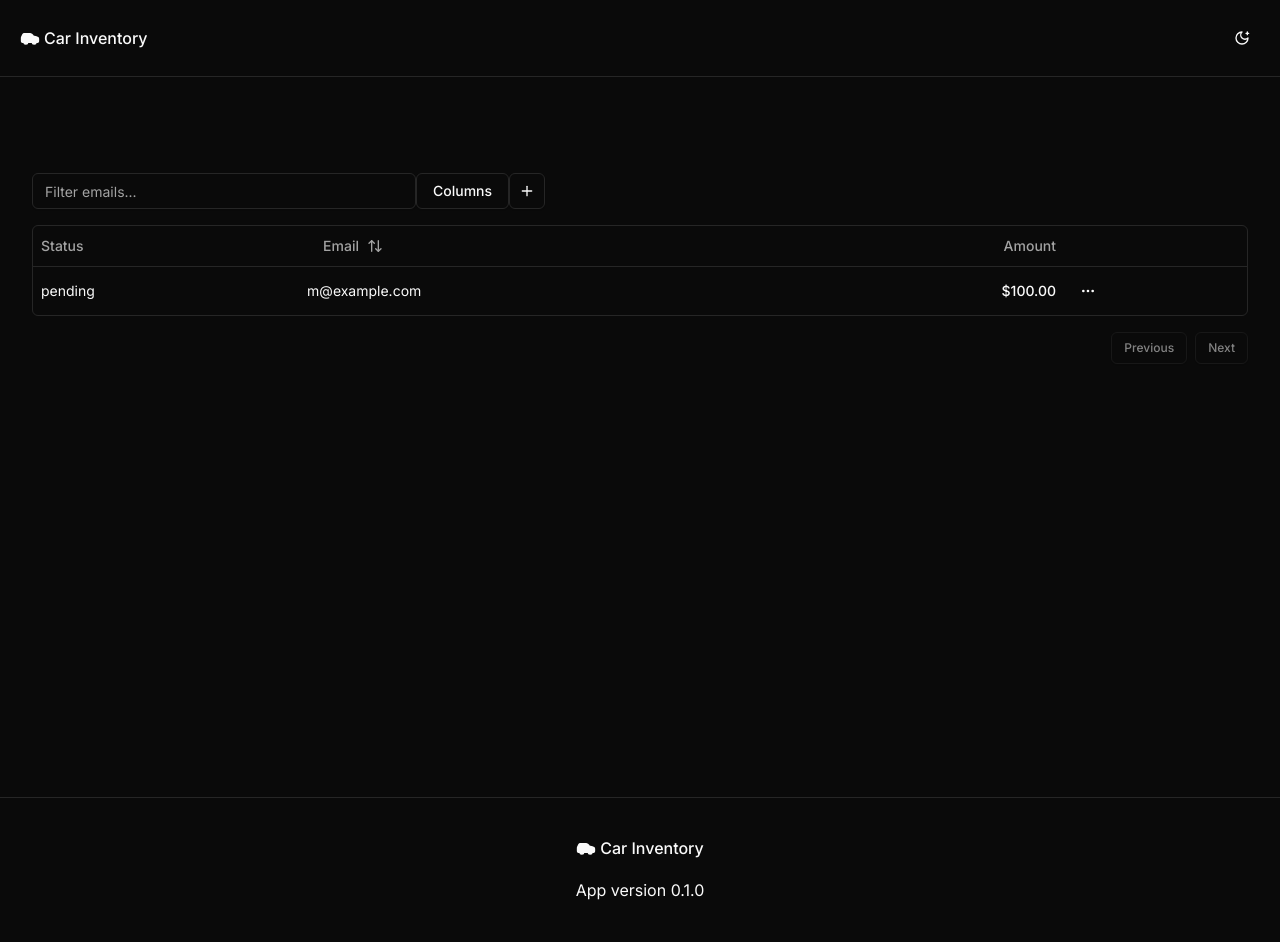
Repository: tushcmd/car-inventory
Page: /payments (app in frontend/)
The author's editor kept a copy of each file at every save. The page is drawn from the files as they stood at one save, then again after the next save.
The browser window is 1280 px wide. The pictures show the whole page.
The project was rebuilt for these pictures with package versions that can differ from the ones it lists, and the page was loaded fresh each time. The framework's server and built-in components were replaced by stand-ins that run in the browser. Also part of the build but not shown: frontend/next.config.mjs.

Above is the page before, as saved 2024-05-12 07:10:08.

After the next save:
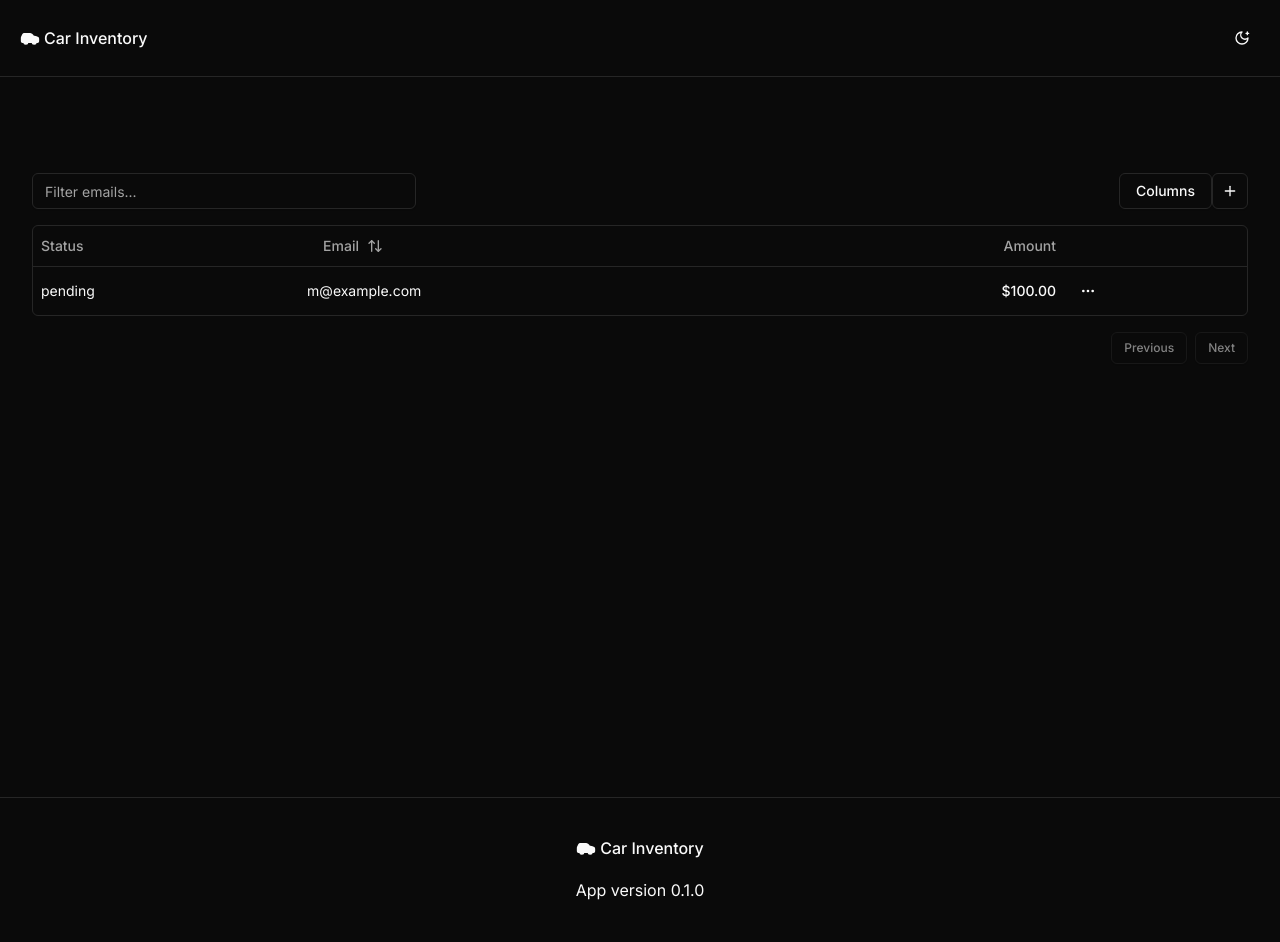
Saved 67 s later.
--- a/frontend/app/payments/data-table.tsx
+++ b/frontend/app/payments/data-table.tsx
@@ -70,7 +70,7 @@ export function DataTable<TData, TValue>({
 
     return (
         <div>
-            <div className="flex items-center py-4">
+            <div className="flex items-center py-4 flex-row justify-between">
                 <Input
                     placeholder="Filter emails..."
                     value={(table.getColumn("email")?.getFilterValue() as string) ?? ""}
